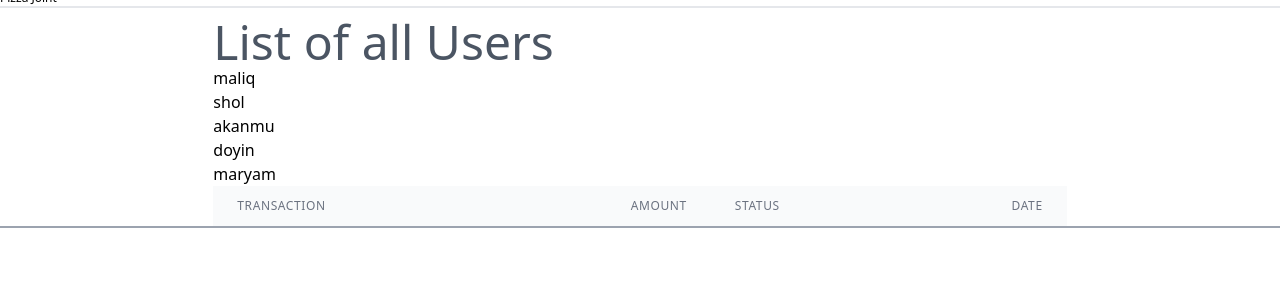
Repository: Marlstergo/listings
Page: / (app in client/)
An editor plug-in stored every save of this project. The page is shown before and after the next save, followed by the edit.
The browser window is 1280 px wide. The pictures show the whole page.
The project was rebuilt for these pictures with package versions that can differ from the ones it lists, and the page was loaded fresh each time. Also part of the build but not shown: client/craco.config.js, client/src/components/Loader.js, client/src/components/Order.js, client/src/components/Modal.js. Imported but missing from the stored project, and not drawn on this page: client/src/components/Base, client/src/components/Toppings.

Above is the page before, as saved 2021-07-20 21:52:50.

After the next save:
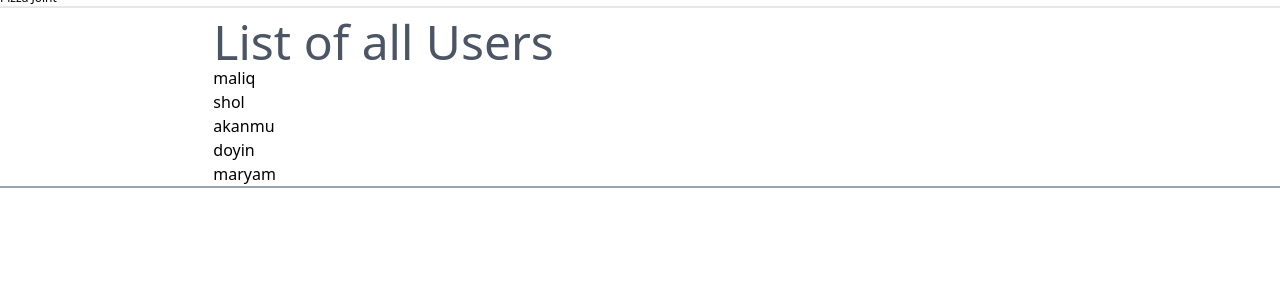
Saved 45 s later.
--- a/client/src/components/Home.js
+++ b/client/src/components/Home.js
@@ -48,7 +48,7 @@ const Home = () => {
           )}
 
         </ul>
-        <table className="min-w-full divide-y divide-gray-200">
+        {/* <table className="min-w-full divide-y divide-gray-200">
           <thead>
             <tr>
               <th className="px-6 py-3 bg-gray-50 text-left text-xs font-medium text-gray-500 uppercase tracking-wider">
@@ -65,7 +65,7 @@ const Home = () => {
               </th>
             </tr>
           </thead>
-        </table>
+        </table> */}
       </div>
     </motion.div>
   );
